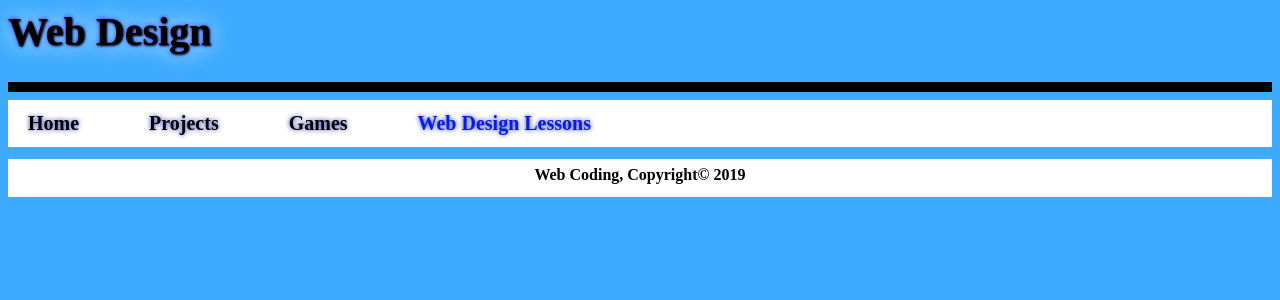
Repository: raidrn/raidrn.github.io
Page: web.html
The author's editor kept a record of every edit. The page is drawn from the files as they stood at one moment, then again after the next edit.
The browser window is 1280 px wide. The pictures show the whole page.

Above is the page before.

After the next edit:
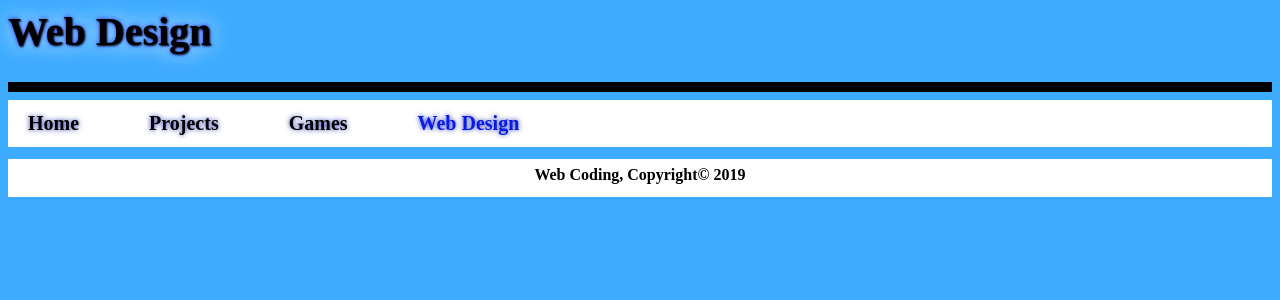
The edit:
--- a/web.html
+++ b/web.html
@@ -22,7 +22,7 @@
                     <li><a href="index.html">Home</a></li>
                     <li><a href="projects.html">Projects</a></li>
                     <li><a href="gamer.html">Games</a></li>
-                    <li><a class="turon" href="web.html">Web Design Lessons</a></li>
+                    <li><a class="turon" href="web.html">Web Design</a></li>
 
                 </ul>
             </nav>
